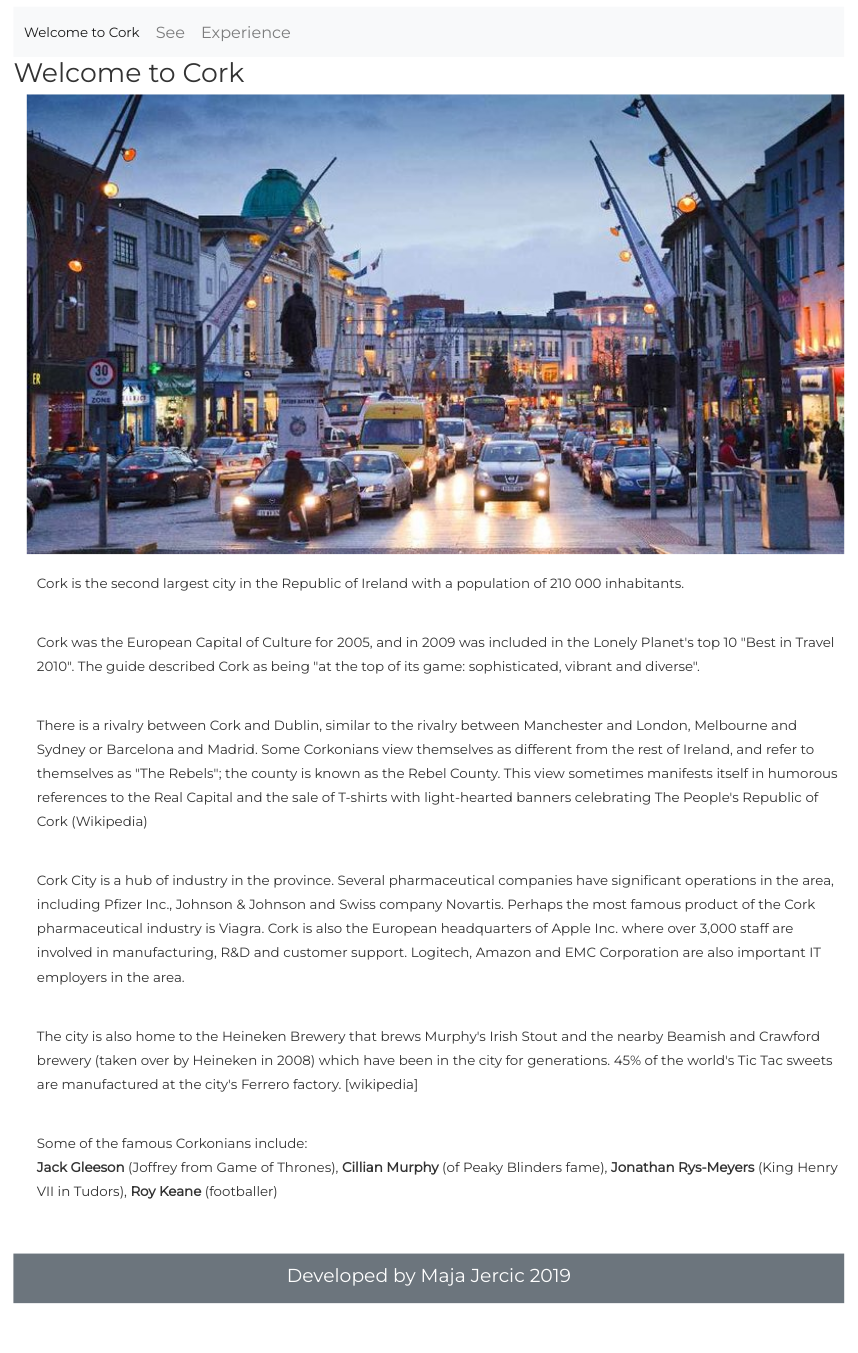
Repository: Maja-Jer/Welcome-to-Cork
Page: index.html
The author's editor kept a record of every edit. The page is drawn from the files as they stood at one moment, then again after the next edit.
The browser window is 1280 px wide. The pictures show the whole page, at 67% of full size.
Some web libraries are served in a nearby version.

Above is the page before.
Console error: TypeError: Cannot read properties of undefined (reading 'fn')

### index.html
<!DOCTYPE html>
<html lang="en">

<head>
    <meta charset="UTF-8">
    <meta name="viewport" content="width=device-width, initial-scale=1">
    <meta http-equiv="X-UA-Compatible" content="ie=edge">
    <link rel="stylesheet" href="https://stackpath.bootstrapcdn.com/bootstrap/4.3.1/css/bootstrap.min.css" integrity="sha384-ggOyR0iXCbMQv3Xipma34MD+dH/1fQ784/j6cY/iJTQUOhcWr7x9JvoRxT2MZw1T" crossorigin="anonymous">
    <script src="https://stackpath.bootstrapcdn.com/bootstrap/4.3.1/js/bootstrap.min.js" integrity="sha384-JjSmVgyd0p3pXB1rRibZUAYoIIy6OrQ6VrjIEaFf/nJGzIxFDsf4x0xIM+B07jRM" crossorigin="anonymous"></script>
    <link rel="stylesheet" href="https://use.fontawesome.com/releases/v5.6.1/css/all.css" integrity="sha384-gfdkjb5BdAXd+lj+gudLWI+BXq4IuLW5IT+brZEZsLFm++aCMlF1V92rMkPaX4PP" crossorigin="anonymous">
    <link href="https://fonts.googleapis.com/css?family=Montserrat" rel="stylesheet">
    <link rel="stylesheet" href="assets/style.css" type="text/css" />
    <title>Welcome to Cork, the REAL capital of Ireland</title>
</head>

<body>

    <!---------------Navgation-------->
    <nav class="navbar navbar-light bg-light navbar-expand-sm">
        <a href="index.html" class="navbar-brand">Welcome to Cork</a>

        <!---------------Dropdown menu-------->
        <button class="navbar-toggler ml-auto" type="button" data-toggle="collapse" data-target="#navbarNavDropdown" aria-controls="navbarNavDropdown" aria-expanded="false" aria-label="Toggle navigation">
        <span class="navbar-toggler-icon"></span></button>

        <div class="collapse navbar-collapse" id="navbarNavDropdown">
            <ul class="navbar-nav mr-auto">
                <li class="nav-item mr-2"><a class="nav-link" href="see.html">See</a></li>
                <li class="nav-item mr-2"><a class="nav-link" href="experience.html">Experience</a></li>

            </ul>
        </div>

    </nav>

    <!--------------- Title -------->

    <h1 class= "introduction"> Welcome to Cork</h1>

    <div class="title">
        <div class="container-main-photo">
            <img class="img-fluid" src="assets/photos/patrick_street1.jpg" alt="Cork City" width=100%>
        </div>
    </div>


        <!--------------- About Cork -------->

    <div class="container-fluid" id="container-about-cork">
        <p>Cork is the second largest city in the Republic of Ireland with a population of 210 000 inhabitants.</p>
        <br>
        <p>Cork was the European Capital of Culture for 2005, and in 2009 was included in the Lonely Planet's top 10 "Best in Travel 2010". The guide described Cork as being "at the top of its game: sophisticated, vibrant and diverse".
        </p>
        <br>
        <p>There is a rivalry between Cork and Dublin, similar to the rivalry between Manchester and London, Melbourne and Sydney or Barcelona and Madrid. Some Corkonians view themselves as different from the rest of Ireland, and refer to themselves
            as "The Rebels"; the county is known as the Rebel County. This view sometimes manifests itself in humorous references to the Real Capital and the sale of T-shirts with light-hearted banners celebrating The People's Republic of Cork (Wikipedia)
        </p>
        <br>
        <p>Cork City is a hub of industry in the province. Several pharmaceutical companies have significant operations in the area, including Pfizer Inc., Johnson & Johnson and Swiss company Novartis. Perhaps the most famous product of the Cork pharmaceutical
            industry is Viagra. Cork is also the European headquarters of Apple Inc. where over 3,000 staff are involved in manufacturing, R&D and customer support. Logitech, Amazon and EMC Corporation are also important IT employers in the area.
        </p>
        <br>
        <p>The city is also home to the Heineken Brewery that brews Murphy's Irish Stout and the nearby Beamish and Crawford brewery (taken over by Heineken in 2008) which have been in the city for generations. 45% of the world's Tic Tac sweets are manufactured
            at the city's Ferrero factory. [wikipedia]
        </p>
        <br>
        <p>Some of the famous Corkonians include: <br><strong>Jack Gleeson</strong> (Joffrey from Game of Thrones), <strong>Cillian Murphy</strong> (of Peaky Blinders fame), <strong>Jonathan Rys-Meyers</strong> (King Henry VII in Tudors), <strong>Roy Keane</strong>                (footballer)
        </p>
    </div>


     <!--------------- Footer -------->

    <footer class="bg-secondary mt-5 p-3">
        <div class="container-fluid">
            <div class="col-12 text-white">
                <h3>Developed by Maja Jercic 2019</h3>
            </div>
        </div>
    </footer>

    <script src="https://cdnjs.cloudflare.com/ajax/libs/jquery/3.4.1/jquery.slim.min.js"></script>
    <script src="https://cdnjs.cloudflare.com/ajax/libs/popper.js/1.15.0/umd/popper.min.js"></script>
    <script src="https://cdnjs.cloudflare.com/ajax/libs/twitter-bootstrap/4.3.1/js/bootstrap.min.js"></script>

</body>


</html>

### assets/style.css
/*----------------------- header*/

head {
  font-family: 'Roboto', sans-serif;
}

body {
  font: 20px Montserrat, sans-serif;
  line-height: 1.8;
  color: #333;
  display: block;
  padding: 10px 20px 75px 20px;


}

/*----------------------navigation bar*/

ul {
  list-style-type: none;
  margin: 0;
  padding: 0;
  overflow: hidden;
  font-weight: normal;
  font-size: 24px;
}

li {
  float: left;
}

navbar-brand {
  color: black;
}

li a {
  display: block;
  color: white;
  text-align: center;
  padding: 14px 16px;
  text-decoration: none;

}

li a:hover {
  background-color: #9FA8DA;
  color: white;
  text-decoration: none;
  font-weight: bold;
}

/*---------------------end of navigation bar*/




/* ---------------------------------- Article*/
.article {
  position: relative;
  vertical-align: top;
  background-color: #fff
  margin-bottom: 1em;
  max-width: 830px;
  padding: 2em 0 0 0;
  text-align: left;
}

.site-photo {
  position: relative;
  text-align: center;
  margin-bottom: 1.6em;
}

.site-description {
  margin: 2em 5% 2em 5%;
  font-size: 1.1em;
  line-height: 1.7;
  color: #333;
}

@media screen and (max-width: 600px){
.all-sites {
  font-size: 18px;
  margin: 25px 0px 75px 0px;
  padding: 0px;
  }
}

@media screen and (min-width: 600px) {
.all-sites {
  font-size: 20px;
  margin: 25px 20px 75px 20px;
  }
}

/* ---------------------------------- Title*/

.title {
  text-align: left;
  padding-left:20px;
}

.title-row {
  padding-top: 20px;
  padding-bottom: 20px;


}
/* ---------------------------------- Containers*/

.img-fluid {
  min-width: 100%;
  height: auto;
}

.center {
  display: block;
  margin-left: auto;
  margin-right: auto;
  width: 50%;
}


#container-about-cork {
  font-size: 16px;
  margin: 10px 50px 75px;


}
@media screen and (min-width: 600px) {
#container-about-cork {
  font-size: 20px;
  margin: 25px 20px 75px 20px;
  }
}
@media screen and (max-width: 600px) {
#container-about-cork {
  font-size: 14px;
  margin: 25px 0px 75px 0px;
  padding: 0px;
  }
}

.container-ucc-campus {

}



/*---------------------footer*/

.p-3 {
    padding: 1rem!important;
}

.mt-5, .my-5 {
    margin-top: 3rem!important;

}

.bg-secondary {
    background-color: #6c757d!important;
}

.footer {
  width: 100%;
  margin-right: auto;
  margin-left: auto;
}

.text-white {
  color: #fff!important;
}

.col-12 {
  -ms-flex: 0 0 100%;
  flex: 0 0 100%;
  max-width: 100%;
  text-align: center;
}

After the next edit:
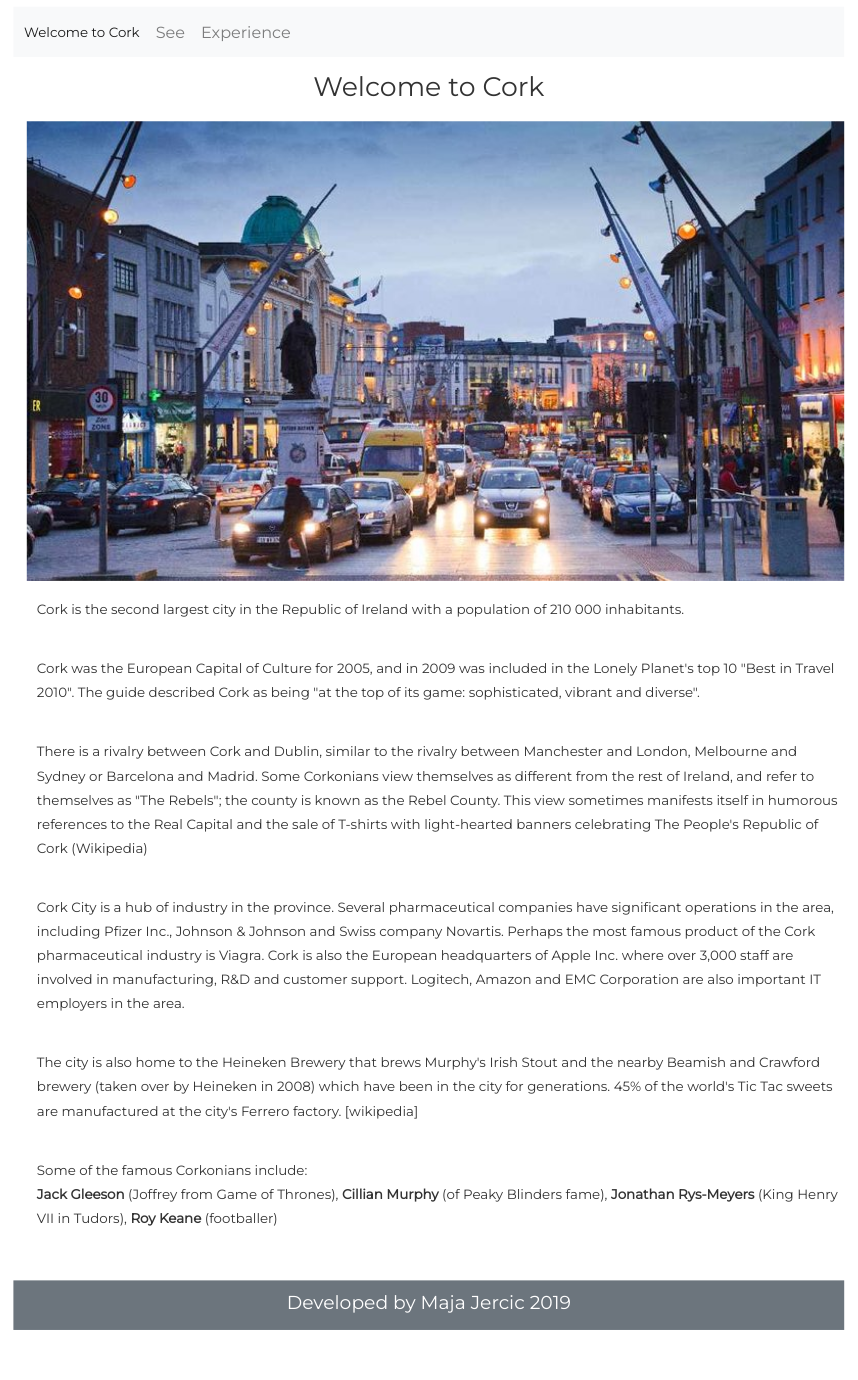
The edit:
--- a/assets/style.css
+++ b/assets/style.css
@@ -95,6 +95,11 @@
 
 /* ---------------------------------- Title*/
 
+.introduction {
+  text-align: center;
+  padding: 20px;
+}
+
 .title {
   text-align: left;
   padding-left:20px;
